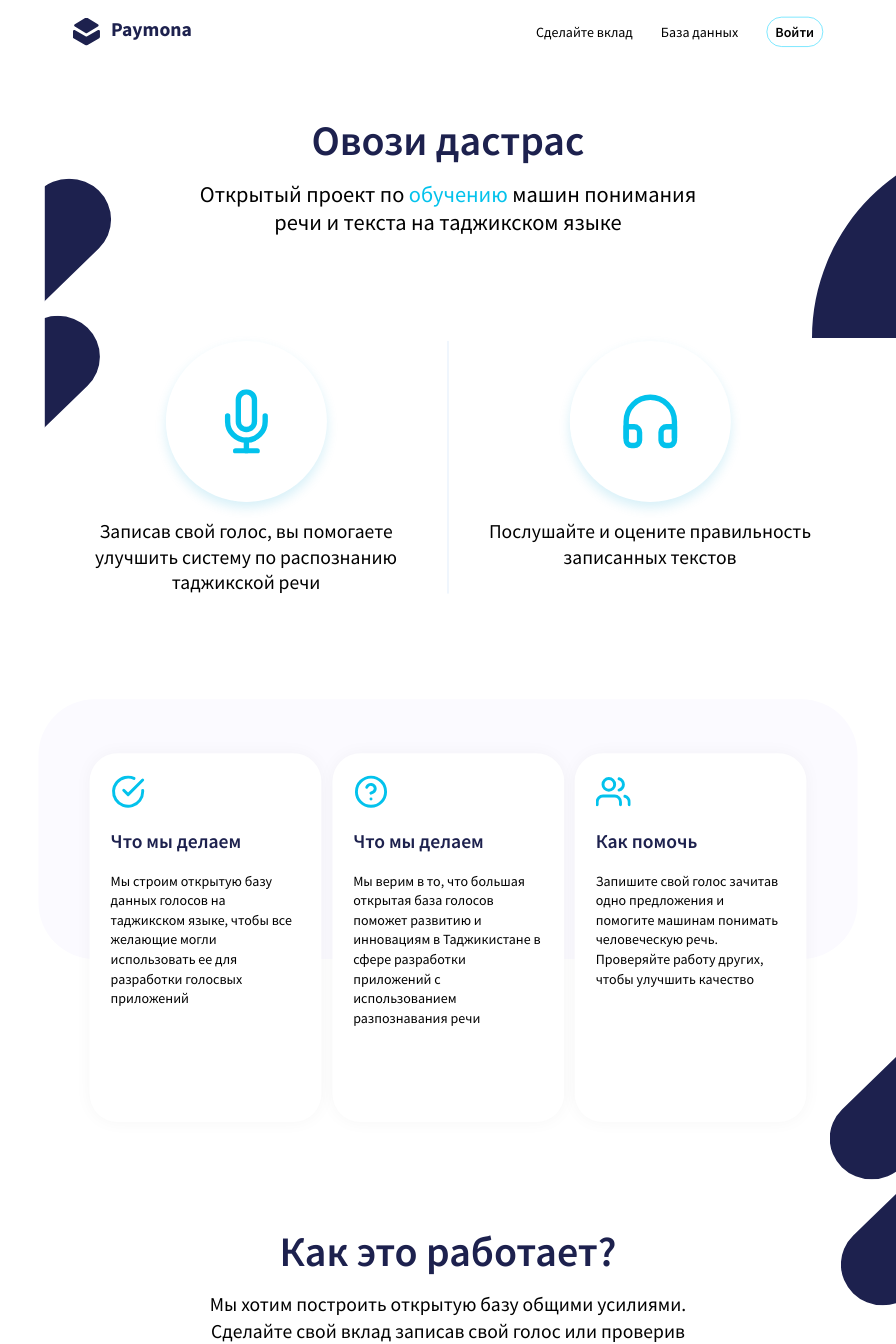
Repository: Amin444/Paymona-Sadp
Page: index.html
The author's editor kept a copy of each file at every save. The page is drawn from the files as they stood at one save, then again after the next save.
The browser window is 1280 px wide. The pictures show the part of the page from y = 0 to 1920 px (the page is 5694 px tall), at 70% of full size.

Above is the page before, as saved 2021-11-12 23:01:50.

### index.html
<!DOCTYPE html>
<html lang="en">
<head>
  <meta charset="UTF-8">
  <link rel="stylesheet" href="./style.css">
  <meta http-equiv="X-UA-Compatible" content="IE=edge">
  <meta name="viewport" content="width=device-width, initial-scale=1.0">
  <title>Paymona Sado</title>
</head>
<body>

  <div class="root">

    <div class="container">


        <div class="header">
          <div class="logoBlock">
            <img src="./img/logo.svg" class="logo" alt="">
            <p class='textLogo'>Paymona</p>
          </div>

          <div class="menu">
             <div class="items">Сделайте вклад</div>
             <div class="items">База данных</div>
             <div class="items border">Войти</div>
          </div>

        </div>

         <div class="elips">
           <svg width="120" height="285" viewBox="0 0 120 285" fill="none" xmlns="http://www.w3.org/2000/svg">
             <path d="M285 -1.24577e-05C247.573 -1.08218e-05 210.513 7.37176 175.935 21.6943C141.357 36.0169 109.939 57.0099 83.4745 83.4746C57.0098 109.939 36.0169 141.357 21.6943 175.935C7.37172 210.513 -1.57297e-05 247.573 -1.24577e-05 285L285 285L285 -1.24577e-05Z" fill="#1D214E"/>
           </svg>
         </div>

         <div class="rectangle2">
           <svg width="79" height="365" viewBox="0 0 79 365" fill="none" xmlns="http://www.w3.org/2000/svg">
             <rect width="118.426" height="472.716" rx="59.2128" transform="matrix(0.716507 0.69758 -0.716507 0.69758 18.7041 -24)" fill="#1D214E"/>
           </svg>

         </div>

         <div class="rectangle">
            <svg width="95" height="365" viewBox="0 0 95 365" fill="none" xmlns="http://www.w3.org/2000/svg">
             <rect width="118.426" height="472.716" rx="59.2128" transform="matrix(0.716507 0.69758 -0.716507 0.69758 34.7041 -24)" fill="#1D214E"/>
            </svg>
         </div>

        <div class="title">
           <h1>Овози дастрас</h1>
           <p class="desc">Открытый проект по <blue>обучению</blue> машин понимания <br> речи и текста на таджикском языке</p>
        </div>

        <div class="Listen-and-record">
           <div class="record-block">
              <div class="circles">
                <div class="imgBlock">
                  <img src="./img/Group.svg" class="asd" >
                </div>
              </div>
              <span class="text">Записав свой голос, вы помогаете улучшить систему по распознанию таджикской речи</span>
           </div>

           <hr>

           <div class="record-block">
              <div class="circles">
                <div class='imgBlock'>
                  <img src="./img/Group2.svg" class="asd" >
                </div>
              </div>
              <span class="text"> Послушайте и оцените правильность записанных текстов</span>
           </div>
        </div>

        <div class="how-we-do">
          <div class="bag">
            <div class="visible">
              <img src="./img/check-circle.svg">
              <p class="card-title">Что мы делаем</p>
              <p class="card-text">Мы строим открытую базу данных
                 голосов на таджикском языке,
                 чтобы все желающие могли использовать
                 ее для разработки голосвых приложений</p>
            </div>
            <div class="visible">
              <img src="./img/Group3.svg">
              <p class="card-title">Что мы делаем</p>
              <p class="card-text">Мы верим в то, что большая открытая база
                 голосов поможет развитию и инновациям в Таджикистане
                 в сфере разработки приложений с использованием разпознавания речи</p>
            </div>
            <div class="visible">
              <img src="./img/Group4.svg">
              <p class="card-title">Как помочь</p>
              <p class="card-text">Запишите свой голос зачитав одно
                предложения и помогите машинам понимать человеческую речь.
                 Проверяйте работу других, чтобы улучшить качество</p>
            </div>
          </div>
        </div>

        <div class="ewq">
          <img src="./img/Rectangle.svg" class='qwe'>
          <img src="./img/Rectangle2.svg" class='qwe2'>
          <div class="work-block">
            <h1>Как это работает?</h1>
            <p class="just-text">Мы хотим построить открытую базу общими усилиями.
               Сделайте свой вклад записав свой голос или проверив записи других.
              Это сделает базу лучше для всех</p>
          </div>
          <div class="example">
             <div class="example-block">
               <img class="size" src="./img/Group5.svg" >
                 <p class="card-title">Записывайте</p>
                 <span class="card-text2">Пользователи записывают свои голоса прочитав текс, который мы им показываем</span>
                </div>
                <img src="./img/Group8.svg" class="arrow" >
             <div class="example-block">
               <img class="size" src="./img/Group9.svg" >
                 <p class="card-title">Очередь на проверку</p>
                 <span class="card-text2">Запись попадает на очередь и будет ждать проверки</span>
                </div>
                <img src="./img/Group8.svg" class="arrow2" >
             <div class="example-block">
               <img class="size" src="./img/Group10.svg" >
                 <p class="card-title">Проверка</p>
                 <span class="card-text2">Пользователи слушают записи, сверяют с тексом</span>
                </div>
                <img src="./img/Group8.svg" class="arrow3" >
             <div class="example-block">
               <img class="size" src="./img/Group11.svg" >
                 <p class="card-title">Достоверность</p>
                 <span class="card-text2">Запись становится достоверной если пользователи проголосовали за нее “Правильно”</span>
                </div>
                <img src="./img/Group8.svg" class="arrow4" >
                <img src="./img/Group8.svg" class="arrow5" >
          </div>
          <div class="tworouds">
            <div class="example-block2">
              <img class="size" src="./img/Group12.svg" >
                <p class="card-title">“Правильно”</p>
                <span class="card-text2">Чтобы попасть в базу данных запись должна получить 2 голоса “Правильно” от двух разных пользователей  </span>
               </div>
               <img src="./img/Group8.svg" class="arrow6" >
               <img src="./img/Group8.svg" class="arrow7" >
            <div class="example-block2">
              <img class="size rotate" src="./img/Group12.svg" >
                <p class="card-title">“Не правильно”</p>
                <span class="card-text2">Если пользователь проголосует за запись “Не правильно”, то она попадет обратно в очередь. После повторного отрицания, запись попадает на кладбище записей</span>
               </div>
          </div>
          <div class="tworouds">
            <div class="example-block2">
              <img class="size" src="./img/Group11.svg" >
                <p class="card-title">Достоверность</p>
                <span class="card-text2">Запись становится достоверной если пользователи проголосовали за нее “Правильно”</span>
               </div>
            <div class="example-block2">
              <img class="size" src="./img/Group11.svg" >
                <p class="card-title">Достоверность</p>
                <span class="card-text2">Запись становится достоверной если пользователи проголосовали за нее “Правильно”</span>
               </div>
          </div>

          <div class="help-block">
            <h1>Помогите нам сделать <br>
              данные качественными</h1>
              <p class="just-text"> Создайте себе аккаунт, следите за своим прогрессом и получайте медали.
                 Все ваши данные анонимны. Мы делимся только агрегированной статистикой по всему проекту</p>
          </div>
          <div>

            <div class="how-we-do">
              <div class="bag">
                <div class="visible2">
                  <img src="./img/Group13.svg">
                  <p class="card-title">Демографические данные и акцент</p>

                </div>
                <div class="visible2">
                  <img src="./img/Group3.svg">
                  <p class="card-title">Следите за своим прогрессом и сравгивайье его с другими</p>

                </div>
                <div class="visible2">
                  <img src="./img/Group4.svg">
                  <p class="card-title">Оставьте свою почту и получайте новости о нашем проекте </p>

                </div>
              </div>
            </div>
          </div>
          </div>

      </div>

  </div>
</body>
</html>

### style.css
@import url('https://fonts.googleapis.com/css2?family=Source+Sans+Pro:ital,wght@0,200;0,300;0,400;0,600;0,700;0,900;1,200;1,300;1,400;1,600;1,700;1,900&display=swap');

*{
  margin: 0;
  padding: 0;
  border: none;
  outline: none;
  font-family: 'Source Sans Pro', sans-serif;
  font-weight: 500;

}

.root{
  width: 100vw;
  display: flex;
  align-items: center;
  flex-direction: column;
}
.container{
  width: 90%;
  display: flex;
  flex-direction: column;
}

.header{
  height: 90px;
  padding: 0 40px;
  display: flex;
  align-items: center;
  justify-content: space-between;
}

.textLogo{
  color: #1D214E;
  font-weight: 700;
  font-size: 28px;
  line-height: 35px;
}

.logo{
  width: 40px;
  height: 40px;
}
.logoBlock{
  width:170px;
  display: flex;
  justify-content: space-between;
}
.menu{
  display: flex;
  gap: 40px;
  align-items: center;
  font-weight: 400;
  font-size: 20px;
  line-height:25px;
}
.items{
  cursor: pointer;
}
.border{
  padding: 8px 12px;
  border: 1px solid rgba(73, 222, 255, 1);
  border-radius: 50px;
  font-weight: 600;
}
.title{
  margin-top: 72px;
  display: flex;
  flex-direction: column;
  align-items: center;
}

h1{
  color: rgba(29, 33, 78, 1);
  font-weight: 600;
  font-size: 60px;
  line-height:75px;
  margin-bottom: 20px;
}
.desc{
  font-weight: 400;
  font-size: 32px;
  text-align: center;
}
blue{
  color: rgba(3, 194, 236, 1);
}
.elips{
  position: absolute;
  right: 0;
  top: 198px;
}

.rectangle{
  position: absolute;
  top: 255px
}
.rectangle2{
  position: absolute;
  top: 451px
}

.Listen-and-record{
  margin-top: 150px;
  display: flex;
  justify-content: space-evenly;
}
.record-block{
  display: flex;
  align-items: center;
  flex-direction: column;
}

.circles{
  border-radius: 50%;
  box-shadow: 0px 8px 16px rgba(0, 160, 210, 0.16);
  background-color: #fff;
  width: 230px;
  height: 230px;
}
.imgBlock{
  width: 100%;
  height: 100%;
  display: flex;
  justify-content: center;
  align-items: center;
}
.asd{
  width: 40%;
  height: 40%;
}

.text{
  margin-top: 24px;
  display: block;
  text-align: center;
  width: 496px;
  font-weight: 400;
  font-size: 28px;
}
hr{
  border: 1px solid rgba(234, 243, 252, 1);
  height: 359px;
}

.how-we-do{
  margin-top: 150px;
  display: flex;
  justify-content: center;
}

.bag{
  position: absolute;
  width: 80vw;
  height: 294px;
  background:#FBFAFF;
  border-radius: 80px;
  display: flex;
  justify-content: space-between;
  padding: 77px 73px 0 73px;
}
.visible{
  width: 271px;
  height:467px;
  box-shadow: 0px 0px 24px rgba(0, 0, 0, 0.04);
  border-radius: 40px;
  background:#fff;
  padding: 30px
}
.visible2{
  width: 271px;
  box-shadow: 0px 0px 24px rgba(0, 0, 0, 0.04);
  border-radius: 40px;
  background:#fff;
  padding: 30px
}
.card-title{
  margin-top: 24px;
  font-weight: 600;
  font-size: 28px;
  color: rgba(29, 33, 78, 1)
}
.card-text{
  margin-top: 24px;
  font-weight: 400;
  font-size: 20px;
  line-height: 28px;
}
.card-text2{
  width: 322px;
  margin-top: 24px;
  font-weight: 400;
  font-size: 24px;
  line-height: 33.6px;
}
.ewq{
  width: 100%;
  display: flex;
  flex-direction: column;
  align-items: center;
}
.qwe{
  position: absolute;
  top: 1320px;
  right: 0;
  transform: rotate(180deg);
}
.qwe2{
  position: absolute;
  top: 1500px;
  right: 0;
  transform: rotate(180deg);
}
.work-block{
  margin-top: 750px;
  width: 50%;
  display: flex;
  align-items: center;
  flex-direction: column;
}

.just-text{
  width: 748px;
  font-weight: 400;
  font-size: 28px;
  text-align: center;
  line-height: 39.2px;
}
.example-block{
  padding: 30px;
  margin-top: 100px;
  background: #fff;
  display: flex;
  flex-direction: column;
  box-shadow: 0px 0px 24px rgba(0, 0, 0, 0.04);
  border-radius: 40px;
  width: 386px;
  height: 294px;
}
.example-block2{
  padding: 30px;
  margin-top: 100px;
  background: #fff;
  display: flex;
  flex-direction: column;
  box-shadow: 0px 0px 24px rgba(0, 0, 0, 0.04);
  border-radius: 40px;
  width: 386px;
  height: 294px;
}
.size{
  width: 30px;
  height: 30px;
}

.example{
  position: relative;
}

.arrow{
  position: absolute;
  top: 480px;
  right: 50%;
}
.arrow2{
  position: absolute;
  top: 930px;
  right: 50%;
}
.arrow3{
  position: absolute;
  top: 1400px;
  right: 50%;
}
.arrow4{
  position: absolute;
  top: 1830px;
  right: 80%;
  transform: rotate(30deg);
}
.arrow5{
  position: absolute;
  top: 1830px;
  right: 10%;
  transform: rotate(-30deg);
}
.tworouds{
  width: 100%;
  display: flex;
  justify-content: space-evenly;
  position: relative;
}

.rotate{
  transform: rotate(180deg);
}

.arrow6{
  position: absolute;
  left: 27%;
  top: 480px;
}
.arrow7{
  position: absolute;
  right: 27%;
  top: 480px;
}
.help-block{
  margin-top: 200px;
  text-align: center
}
.footer{
  margin-top: 60
  0px;
}

### img/logo.svg
<svg width="24" height="24" viewBox="0 0 24 24" fill="none" xmlns="http://www.w3.org/2000/svg">
<path d="M23.2727 11.9119V16.6433C23.2731 16.8543 23.2169 17.0618 23.1094 17.2464C23.0019 17.4309 22.8466 17.5864 22.6582 17.6981L12.3229 23.8128C12.1153 23.9351 11.8758 24 11.6314 24C11.387 24 11.1475 23.9351 10.9399 23.8128L0.616444 17.6943C0.427833 17.5828 0.272261 17.4273 0.164406 17.2428C0.0565516 17.0583 -2.98523e-05 16.8507 1.18183e-08 16.6396V11.9119C-3.13489e-05 11.6902 0.0623511 11.4726 0.180679 11.2816C0.299007 11.0906 0.468973 10.9331 0.672954 10.8255C0.876934 10.7179 1.1075 10.6641 1.34075 10.6696C1.574 10.6752 1.80144 10.7399 1.99949 10.8571L10.9399 16.1535C11.1475 16.2758 11.387 16.3407 11.6314 16.3407C11.8758 16.3407 12.1153 16.2758 12.3229 16.1535L21.2653 10.8571C21.4634 10.7373 21.6918 10.6704 21.9264 10.6636C22.1611 10.6567 22.3934 10.71 22.5989 10.818C22.8043 10.9259 22.9754 11.0845 23.0939 11.277C23.2125 11.4695 23.2743 11.6888 23.2727 11.9119Z" fill="#1D214E"/>
<path d="M10.9383 13.2688L1.76081 7.81102C1.57388 7.69908 1.41986 7.54397 1.31312 7.36018C1.20638 7.17639 1.15039 6.96991 1.15039 6.76C1.15039 6.5501 1.20638 6.34361 1.31312 6.15982C1.41986 5.97603 1.57388 5.82093 1.76081 5.70898L10.9344 0.193005C11.1431 0.0669478 11.3854 0 11.6328 0C11.8802 0 12.1224 0.0669478 12.3312 0.193005L21.5107 5.70898C21.6976 5.82093 21.8516 5.97603 21.9584 6.15982C22.0651 6.34361 22.1211 6.5501 22.1211 6.76C22.1211 6.96991 22.0651 7.17639 21.9584 7.36018C21.8516 7.54397 21.6976 7.69908 21.5107 7.81102L12.3253 13.2688C12.1173 13.3921 11.877 13.4575 11.6318 13.4575C11.3866 13.4575 11.1463 13.3921 10.9383 13.2688Z" fill="#1D214E"/>
</svg>

After the next save:
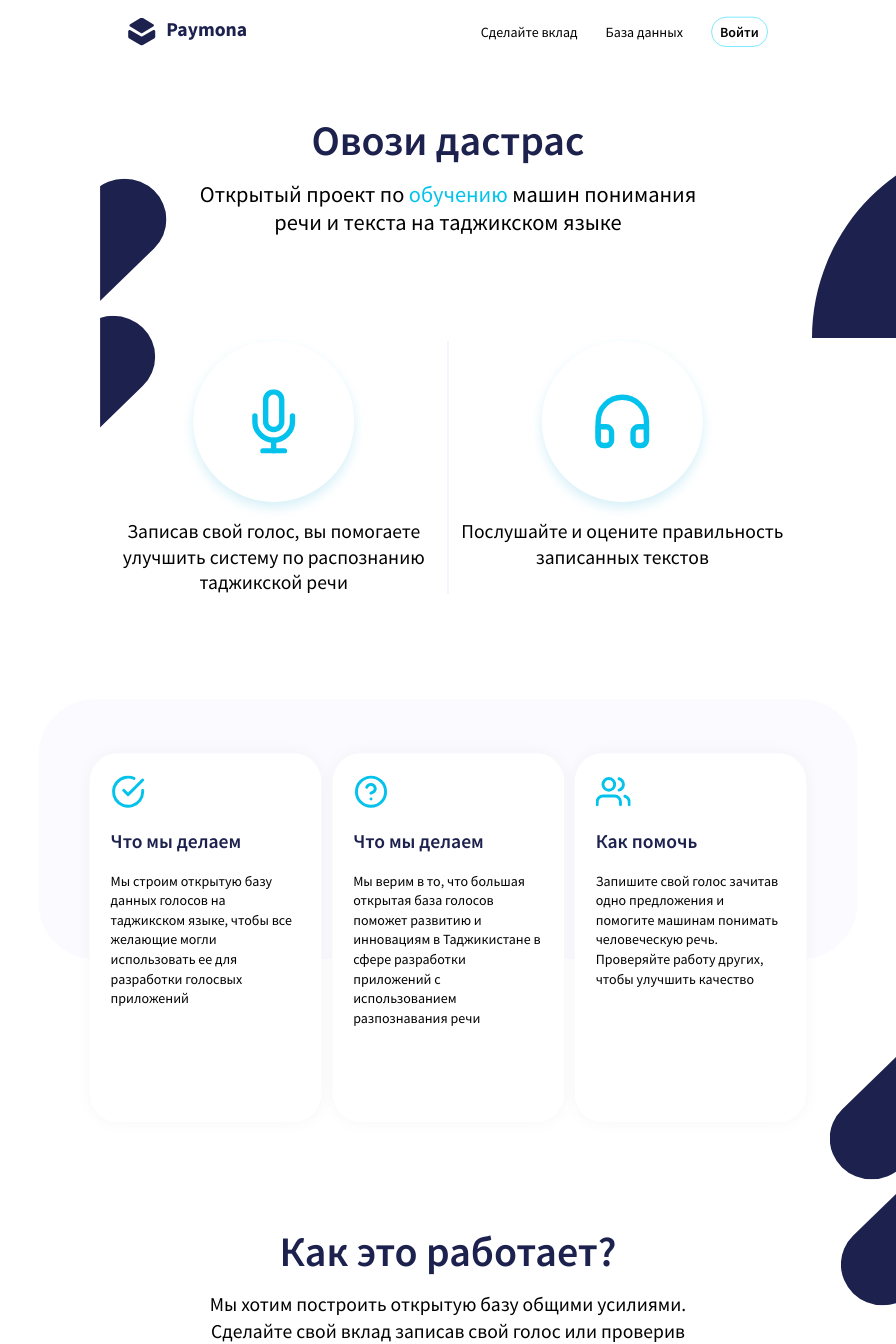
Saved 22 s later.
--- a/style.css
+++ b/style.css
@@ -16,11 +16,6 @@
   align-items: center;
   flex-direction: column;
 }
-.container{
-  width: 90%;
-  display: flex;
-  flex-direction: column;
-}
 
 .header{
   height: 90px;
